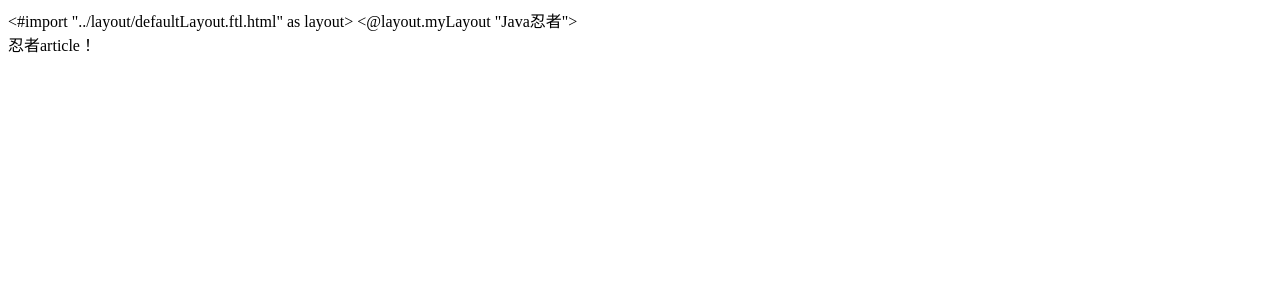
Repository: JavaProgrammerLB/JavaNinja
Page: firstNinjaProject/src/main/java/views/ApplicationControl/article.ftl.html
The author's editor kept a copy of each file at every save. The page is drawn from the files as they stood at one save, then again after the next save.
The browser window is 1280 px wide. The pictures show the whole page.

Above is the page before, as saved 2015-06-09 05:23:02.

### firstNinjaProject/src/main/java/views/ApplicationControl/article.ftl.html
<#import "../layout/defaultLayout.ftl.html" as layout>
<@layout.myLayout "Java忍者">
<script type="text/javascript">
		function click(){
			var d = document.domain(ninjaArticle);
			alert(d);
		}

</script>
	<div>
		<a id="ninjaArticle" onclick="click()">忍者article！</a>
	</div>
</@layout.myLayout>

After the next save:
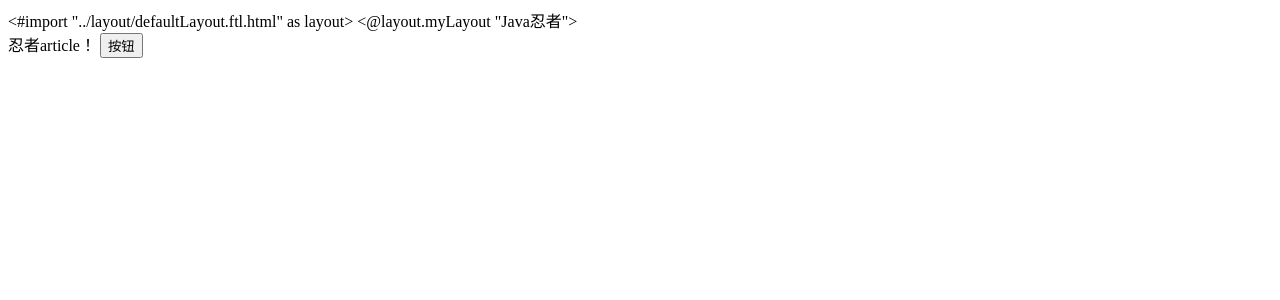
Saved 111 s later.
--- a/firstNinjaProject/src/main/java/views/ApplicationControl/article.ftl.html
+++ b/firstNinjaProject/src/main/java/views/ApplicationControl/article.ftl.html
@@ -9,5 +9,6 @@
 </script>
 	<div>
 		<a id="ninjaArticle" onclick="click()">忍者article！</a>
+		<button id="b1" onclick="">按钮</button>
 	</div>
 </@layout.myLayout>
